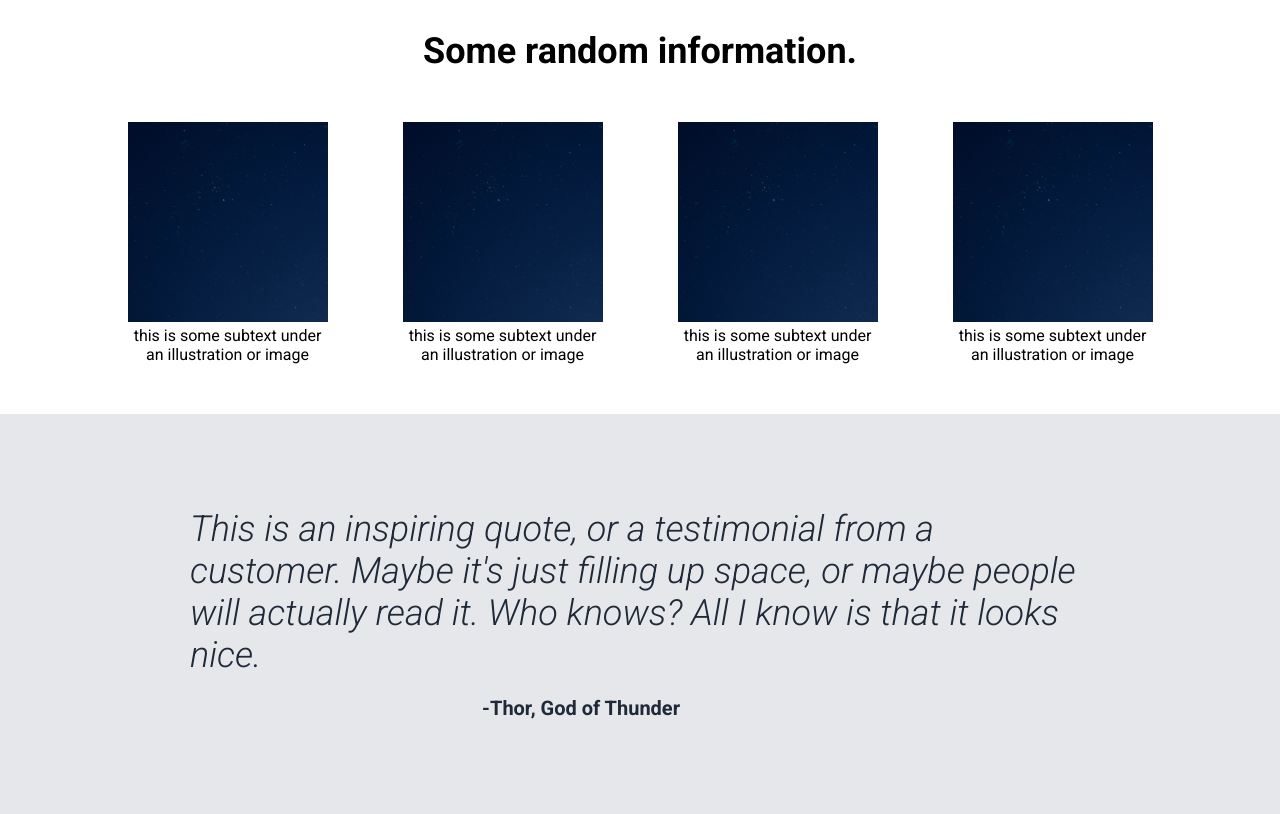
Repository: aaronestre/odin-landingpage
Page: index.html
The author's editor kept a copy of each file at every save. The page is drawn from the files as they stood at one save, then again after the next save.
The browser window is 1280 px wide. The pictures show the part of the page from y = 570 to 1461 px (the page is 1384 px tall before and 1461 px after).
A picture or video elsewhere on the page could not be fetched, so the positions and the page height are approximate.

Above is the page before, as saved 2025-02-12 20:33:32.

After the next save:
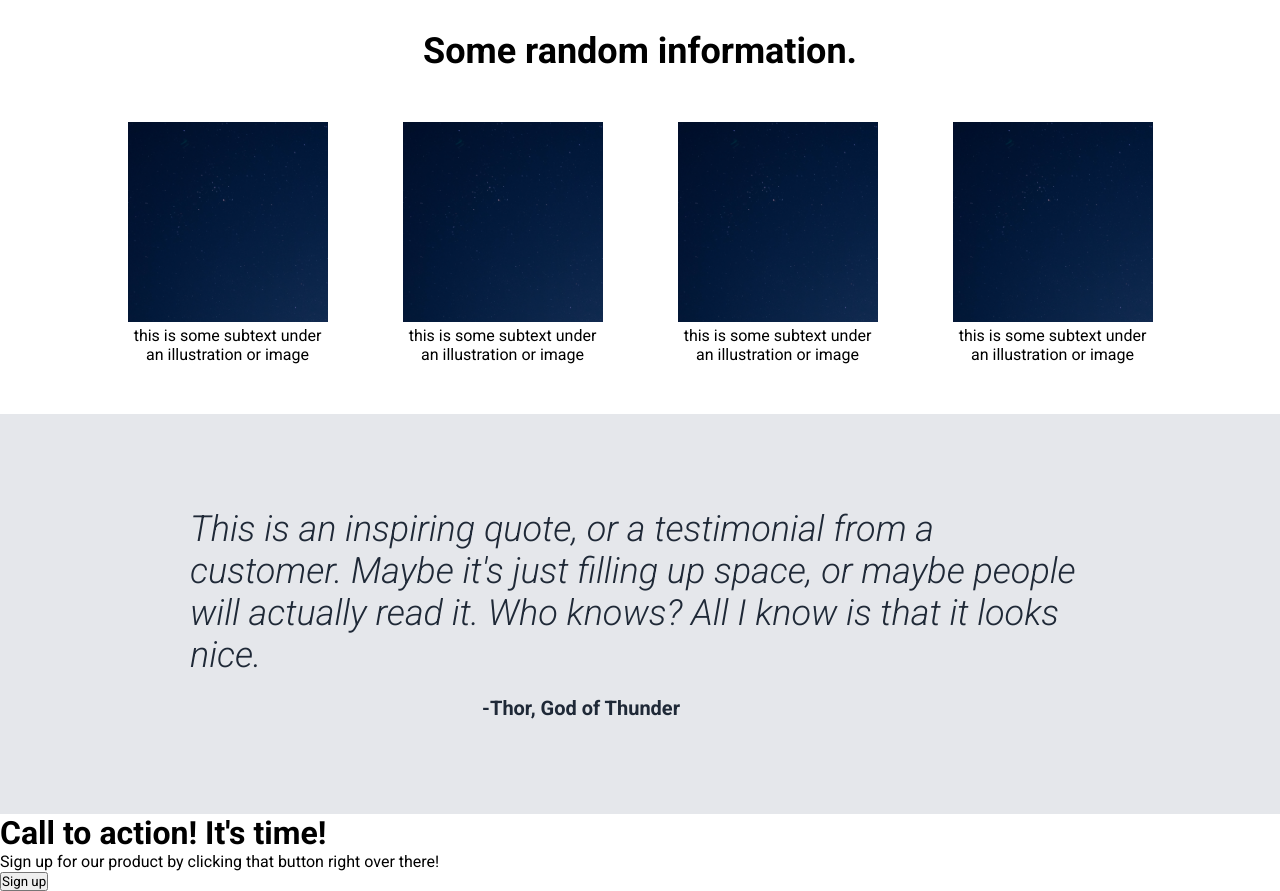
Saved 43 s later.
--- a/index.html
+++ b/index.html
@@ -57,5 +57,12 @@
             </p>
             <p class="quote-author">-Thor, God of Thunder</p>
         </div>
+        <div class="cta">
+            <div class="cta-text">
+                <h1>Call to action! It's time!</h1>
+                <p>Sign up for our product by clicking that button right over there!</p>
+            </div>
+            <button>Sign up</button>
+        </div>
     </body>
 </html>
